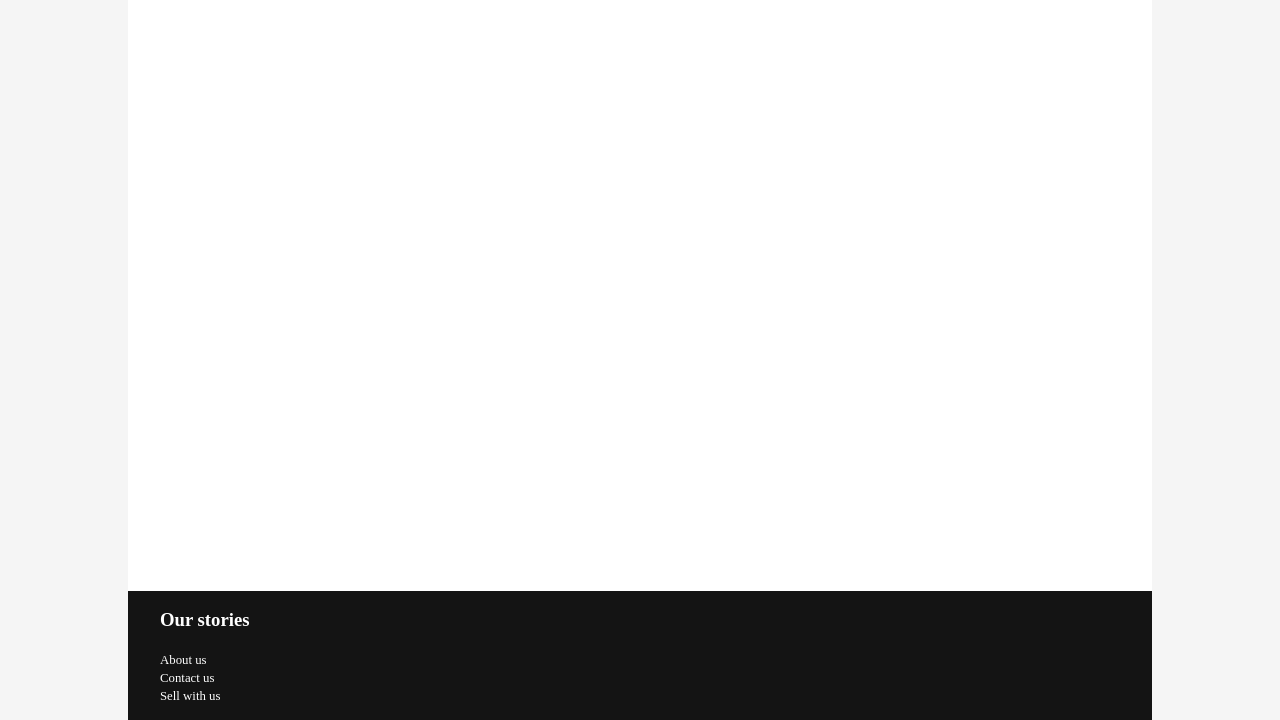
Repository: MeowCeline00/comp3170-lab-1
Page: /
An editor plug-in stored every save of this project. The page is shown before and after the next save, followed by the edit.
The browser window is 1280 px wide. The pictures show the whole page.
The project was rebuilt for these pictures with package versions that can differ from the ones it lists, and the page was loaded fresh each time. Also part of the build but not shown: vite.config.js.

Above is the page before, as saved 2024-09-11 13:40:57.

### index.html
<!doctype html>
<html lang="en">
  <head>
    <meta charset="UTF-8" />
    <link rel="icon" type="image/svg+xml" href="/vite.svg" />
    <meta name="viewport" content="width=device-width, initial-scale=1.0" />
    <title>Shop Mart</title>
  </head>
  <body>
    <div id="root"></div>
    <script type="module" src="/src/main.jsx"></script>
  </body>
</html>

### src/App.jsx
function App() {
  return (
      <div className="app">
        <section id="content">


        </section>
        <footer>
          <div>
            <h3>Our stories</h3>
            <ul>
              <li><a href="">About us</a></li>
              <li><a href="">Contact us</a></li>
              <li><a href="">Sell with us</a></li>
            </ul>
          </div>

        </footer>

      </div>
  );
}

export default App;

### src/index.css
*,
*::before,
*::after {
  box-sizing: border-box;
  color: inherit;
}

html, body, #root {
  height: 100%;
}

body {
  background: #f5f5f5;
  margin: 0;
  color: #1b1b1b;
}

button,
input[type="text"],
input[type="search"] {
  appearance: none;
  background: transparent;
  border: none;
  font: inherit;
  padding: 0;
  width: auto;
}

input[type="text"],
input[type="search"] {
  padding: 0.5em 1em;
  border: 1px solid;

  &:focus {
    outline: none;
  }
}

.app {
  display: flex;
  flex-direction: column;
  width: 80%;
  margin: 0 auto;
  background: #fff;
  min-height: 100%;
  justify-content: space-between;

  section#content {
    margin-top: 1.5rem;
    display: flex;
    flex-direction: column;
    gap: 1.5rem;

    header,
    main {
      padding: 0 2em;
    }

    header {
      margin: 1em 0;
      display: flex;
      flex-direction: column;
      gap: 2em;


      > div {
        display: flex;
        justify-content: space-between;

        &:first-child {
          padding-bottom: 1.5em;
          box-shadow: 0 4px 2px -2px #f5f5f5;
        }
      }

      h1 {
        padding: 0;
        margin: 0;
      }

      nav {
        padding-top: .5em;

        button {
          text-transform: uppercase;
          font-weight: bold;
          letter-spacing: .1em;

          &:hover {
            background-color: #141414;
            color: #fff;
          }
        }

        + form {
          display: flex;
          button {
            background: #141414;
            color: #fff;
          }
        }

      }

    }

    main {
      display: flex;
      gap: 1rem;
      flex-wrap: wrap;
    }
  }

  footer {
    padding: 0 2em;
    background: #141414;
    display: flex;
    justify-content: space-between;

    color: #fff;

    ul {
      list-style: none;
      padding: 0;
    }

    a {
      color: #fff;
      text-decoration: none;
      font-size: .8em;
    }
  }

  button {
    padding: 0.2em 0.5em;
  }
}

.product {
  display: flex;
  flex-direction: column;
  height: 300px;
  background: #fff;

  img {
    height: 200px;
  }

}

.product > p {
  padding: 0 1rem;
  display: flex;
  flex-direction: column;


  span {
    padding: .2rem;
  }

  span.pr-name {
    font-size: 1.2em;
  }
  span.pr-price {
    font-weight: bold;
    font-size: 0.9em;
  }
}


/* Form styles */

.cbox { /*checkbox control group (input + label) */
  margin: .5em 0;
  font-size: 20px;
  min-height: 1em;
  padding-left: 1em; /* create space for the checkbox */
  position: relative;

  label::before,
  label::after,
  input[type="checkbox"] {
    position:absolute;
  }

  label::before,
  input[type="checkbox"] { /* customize checkbox size */
    height: 1em;
    left: 0;
    top: 0;
    width: 1em;
  }

  input[type="checkbox"] { /* hide native checkbox look-and-feel */
    margin: 0;
    opacity: 0;
    z-index: 1;
  }

  label::before { /* custom checkbox look-and-feel */
    background: transparent;
    border: .1em solid currentcolor;
    content: "";
  }

  label::after { /* custom checkbox marker */
    content: "";
    border: solid;
    background: transparent;
    border-width: 0 0 .1em .1em;
    box-sizing: content-box;
    height: .2em;
    left: .2em;
    width: .5em;
    top: .3em;
    transform: rotate(-45deg);
    position: absolute;
    opacity: 0; /* hidden when not checked */
  }

  &:has(> input[type="checkbox"]:checked) > label::before {
    /* change border color when checked */
    border-color: green;
  }

  input[type="checkbox"]:checked + label::after {
    /* show marker and change its color */
    opacity: 1;
    border-color: green;
  }

  label {
    padding-left: .5em;
  }
}

.rbox { /* radio button control */
  margin: .5em 0;
  font-size: 20px;
  min-height: 1em;
  padding-left: 1em;
  position: relative;

  label::before,
  label::after,
  input[type="radio"] {
    position: absolute;
    margin: 0;
    padding: 0;
  }

  label::before,
  input[type="radio"] {
    width: 1em;
    height: 1em;
    left: 0;
    top: 0;
  }

  label::before {
    background: transparent;
    border: .1em solid currentcolor;
    content: "";
    border-radius: 50%;
  }

  input[type="radio"] {
    z-index: 1;
    opacity: 0;
  }

  label::after {
    content: "";
    width: .5em;
    height: .5em;
    background: green;
    top: .25em;
    left: .25em;
    border-radius: 50%;
    opacity: 0;
  }

  &:has(input[type="radio"]:checked) > label::before {
    border-color: green;
  }

  input[type="radio"]:checked + label::after {
    opacity: 1;
  }

  label {
    padding-left: .5em;
  }
}

button.icon-btn {
  position: relative;


  span.badge {
    position: absolute;
    box-sizing: content-box;
    display: inline-block;
    font-size: .8rem;
    line-height: 1.2;
    padding: .3em;
    width: 1rem;
    height: 1rem;
    border-radius: 50%;
    right: -0.5rem;
    top: -0.5rem;
    background: chocolate;

  }
}

Loaded but not shown: src/main.jsx (common file)

After the next save:
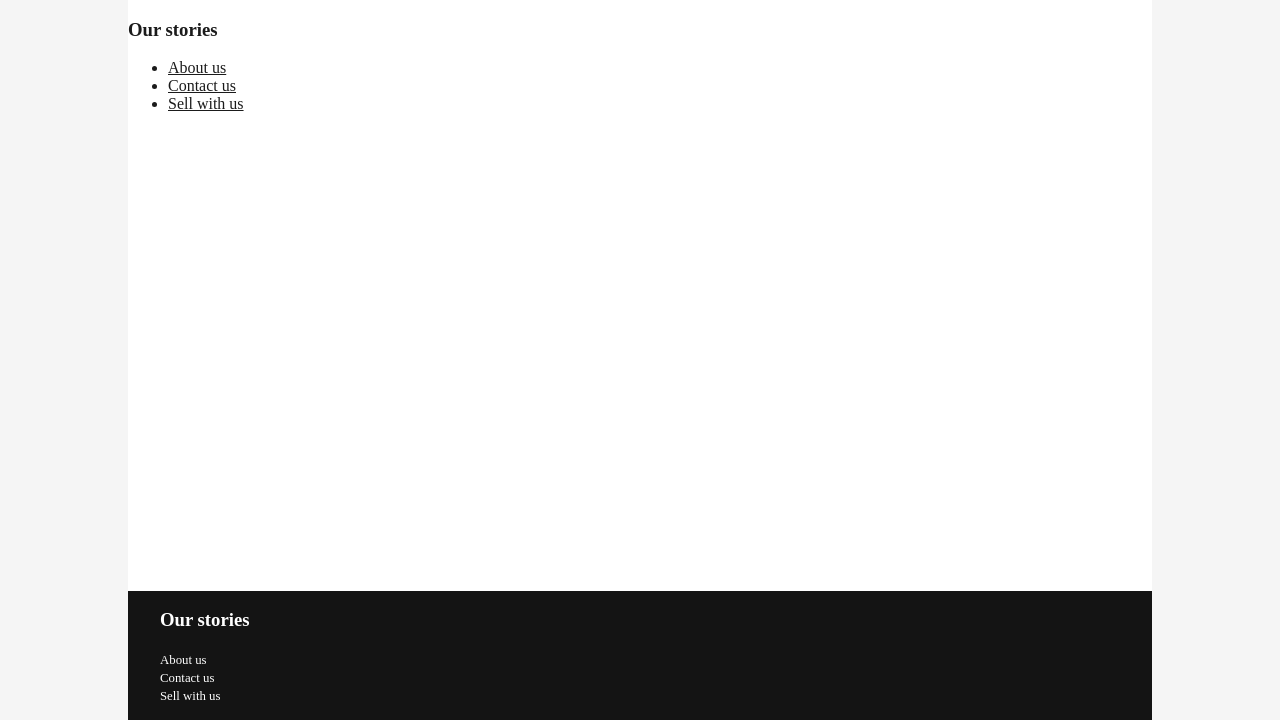
Saved 18 s later.
--- a/src/App.jsx
+++ b/src/App.jsx
@@ -1,10 +1,14 @@
 function App() {
   return (
       <div className="app">
-        <section id="content">
-
-
-        </section>
+           <div>
+            <h3>Our stories</h3>
+            <ul>
+              <li><a href="">About us</a></li>
+              <li><a href="">Contact us</a></li>
+              <li><a href="">Sell with us</a></li>
+            </ul>
+          </div>
         <footer>
           <div>
             <h3>Our stories</h3>

After the save that followed:
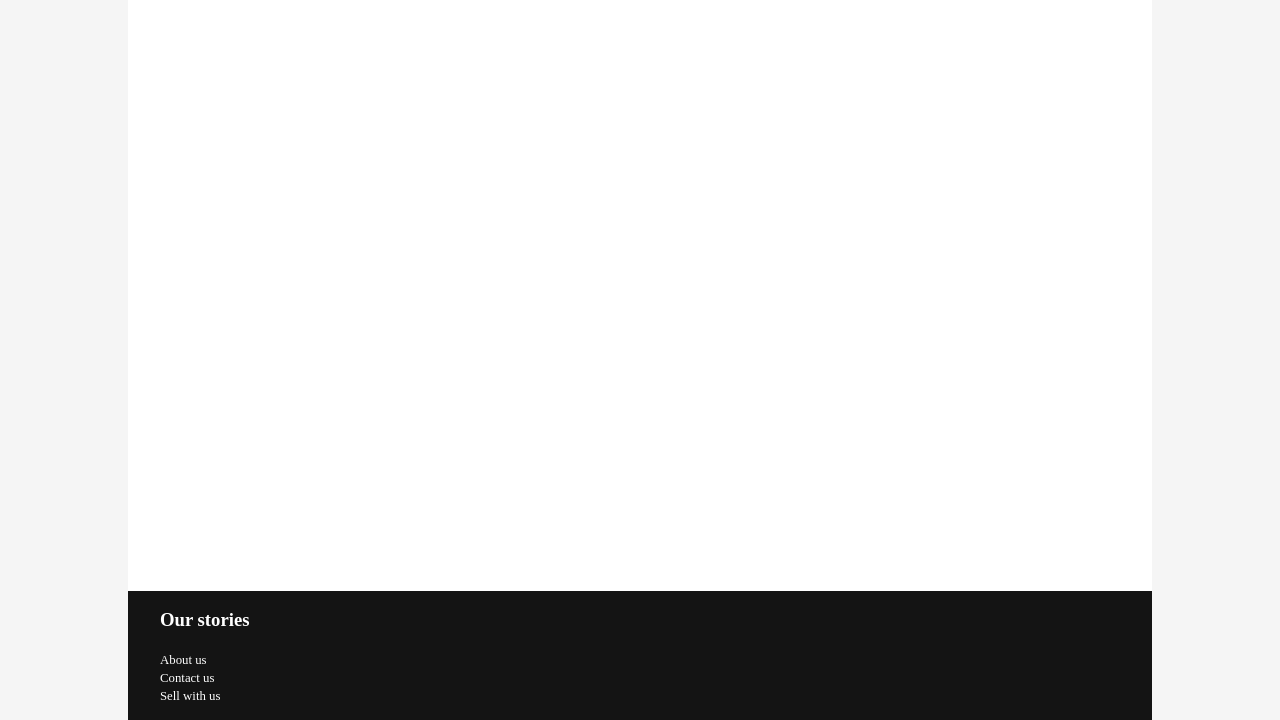
Saved 13 s later.
--- a/src/App.jsx
+++ b/src/App.jsx
@@ -1,14 +1,10 @@
 function App() {
   return (
       <div className="app">
-           <div>
-            <h3>Our stories</h3>
-            <ul>
-              <li><a href="">About us</a></li>
-              <li><a href="">Contact us</a></li>
-              <li><a href="">Sell with us</a></li>
-            </ul>
-          </div>
+        <section id="content">
+
+
+        </section>
         <footer>
           <div>
             <h3>Our stories</h3>
